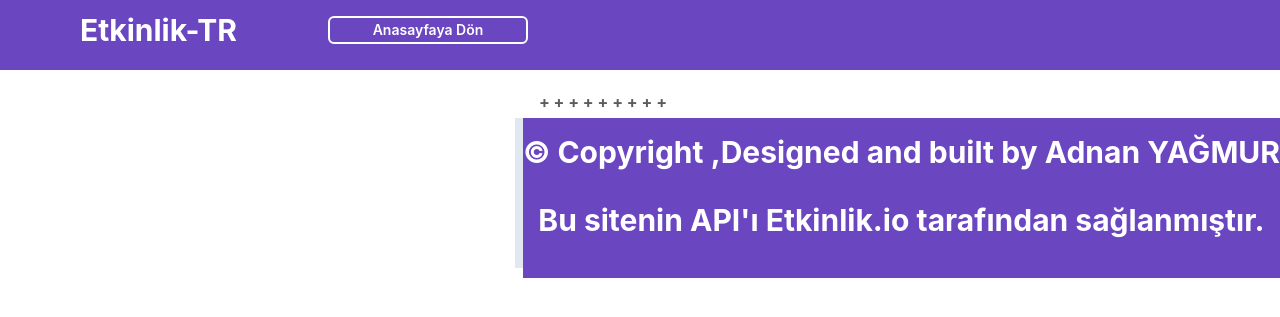
Repository: adnanyagmur/EtsTur-FrontEnd-Hiring-Challange
Page: /detailPage
The author's editor kept a copy of each file at every save. The page is drawn from the files as they stood at one save, then again after the next save.
The browser window is 1280 px wide. The pictures show the whole page.
The project was rebuilt for these pictures with package versions that can differ from the ones it lists, and the page was loaded fresh each time. Also part of the build but not shown: src/index.css, src/components/eventList/EventList.jsx, src/components/hompage/HomePage.jsx, src/pastApi/json.js, src/components/pastEventList/PastList.jsx.

Above is the page before, as saved 2022-06-21 21:53:21.

### src/index.js
import React from 'react';
import ReactDOM from 'react-dom/client';
import './index.css';
import App from './App';
import {BrowserRouter} from "react-router-dom";
import { ChakraProvider, theme } from '@chakra-ui/react'



const root = ReactDOM.createRoot(document.getElementById('root'));
root.render(
  <React.StrictMode>
    <BrowserRouter>
    <ChakraProvider theme={theme}>
    <App />
    </ChakraProvider>
    </BrowserRouter>
  </React.StrictMode>
);

### src/App.js

import { Route, Routes } from "react-router-dom";
import DetailPage from "./components/detailPage/DetailPage";
import HomePage from "./components/hompage/HomePage";
import PastList from "./components/pastEventList/PastList"





function App() {

  return (
    <div>

    <Routes>
      <Route path="/" element={<HomePage></HomePage>}></Route>
      <Route path="/detailPage" element={<DetailPage></DetailPage>}></Route>

      /gecmisEtkinlikler

      <Route path="/gecmisEtkinlikler" element={<PastList></PastList>}></Route>

    </Routes>

    </div>

  );
}

export default App;

### src/components/detailPage/DetailPage.jsx


import { Grid, Box, GridItem, Text, SimpleGrid, Input, InputGroup, Button, InputRightElement } from '@chakra-ui/react';
import { useNavigate } from 'react-router-dom';


const DetailPage= ()=> {



    const name = localStorage.getItem("name");
    const image = localStorage.getItem("image");
    const category = localStorage.getItem("category");
    const description = localStorage.getItem("description");
    const price = localStorage.getItem("price");
    const basTarih =  localStorage.getItem("basTarih");
    const bitistarihi = localStorage.getItem("bitistarihi");
    const venue= localStorage.getItem("venue");
    const ticketLink = localStorage.getItem("ticketLink");
    const address = localStorage.getItem("address");
    const district=  localStorage.getItem("district");


    const navigation = useNavigate();
    const handleClick = () => {
        navigation("/")
    }


    return(
        <div>



     <Grid
          templateAreas={`"header header"
                  "nav main"
                  "nav footer"`}
          gridTemplateRows={'70px 1fr 150px'}
          gridTemplateColumns={'1fr'}
          h='200px'
          gap='1'
          color='blackAlpha.700'
          fontWeight='bold'
        >
          <GridItem pt='2' pl='80px' bg='purple.600' color='white' area={'header'}>
            <SimpleGrid columns={[null, 5]} spacing='40px'>
              <Text as='span' fontSize='3xl' >Etkinlik-TR</Text>

              <Button bg='purple.600' w="200px" mr='2' h='1.75rem' size='sm' mt="2" border='2px' borderColor='white' onClick={handleClick} >
               Anasayfaya Dön
              </Button>
            </SimpleGrid>


          </GridItem>

          <GridItem pl='6' pt='4' pr='6' bg='white' area={'main'} >

            <SimpleGrid columns={[1, null, 2, 3, 4, 5]} spacing='40px'>

            {name}  +  {image} + {category} + {description} + {price} + {basTarih}  +{bitistarihi}

{venue }  + {ticketLink}  + {address} + {district}


            </SimpleGrid>
          </GridItem>
          <GridItem pl='2' bg='gray.200' area={'footer'}>
            <SimpleGrid columns={1} color='white' >
              <Box pt='3' bg='purple.600' textAlign="center" height='80px'> <Text fontSize='3xl' >© Copyright ,Designed and built by Adnan YAĞMUR</Text></Box>
              <Box bg='purple.600' textAlign="center" height='80px'><Text fontSize='3xl' >Bu sitenin API'ı <a href='https://etkinlik.io/'>Etkinlik.io</a> tarafından sağlanmıştır.</Text></Box>
            </SimpleGrid>
          </GridItem>
        </Grid>


        </div>
    )
}

export default DetailPage;

Loaded but not shown: public/index.html (common file)

After the next save:
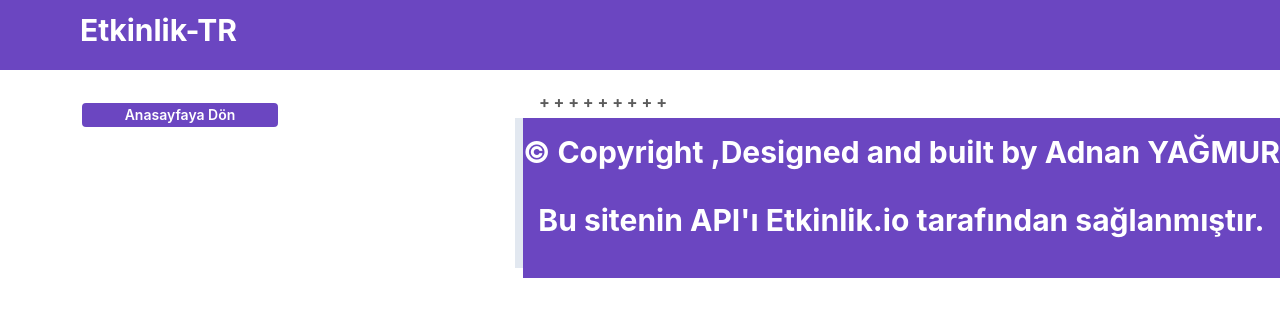
Saved 11 s later.
--- a/src/components/detailPage/DetailPage.jsx
+++ b/src/components/detailPage/DetailPage.jsx
@@ -44,7 +44,7 @@ const DetailPage= ()=> {
           fontWeight='bold'
         >
           <GridItem pt='2' pl='80px' bg='purple.600' color='white' area={'header'}>
-            <SimpleGrid columns={[null, 5]} spacing='40px'>
+            <SimpleGrid columns={[null]} spacing='40px'>
               <Text as='span' fontSize='3xl' >Etkinlik-TR</Text>
 
               <Button bg='purple.600' w="200px" mr='2' h='1.75rem' size='sm' mt="2" border='2px' borderColor='white' onClick={handleClick} >
